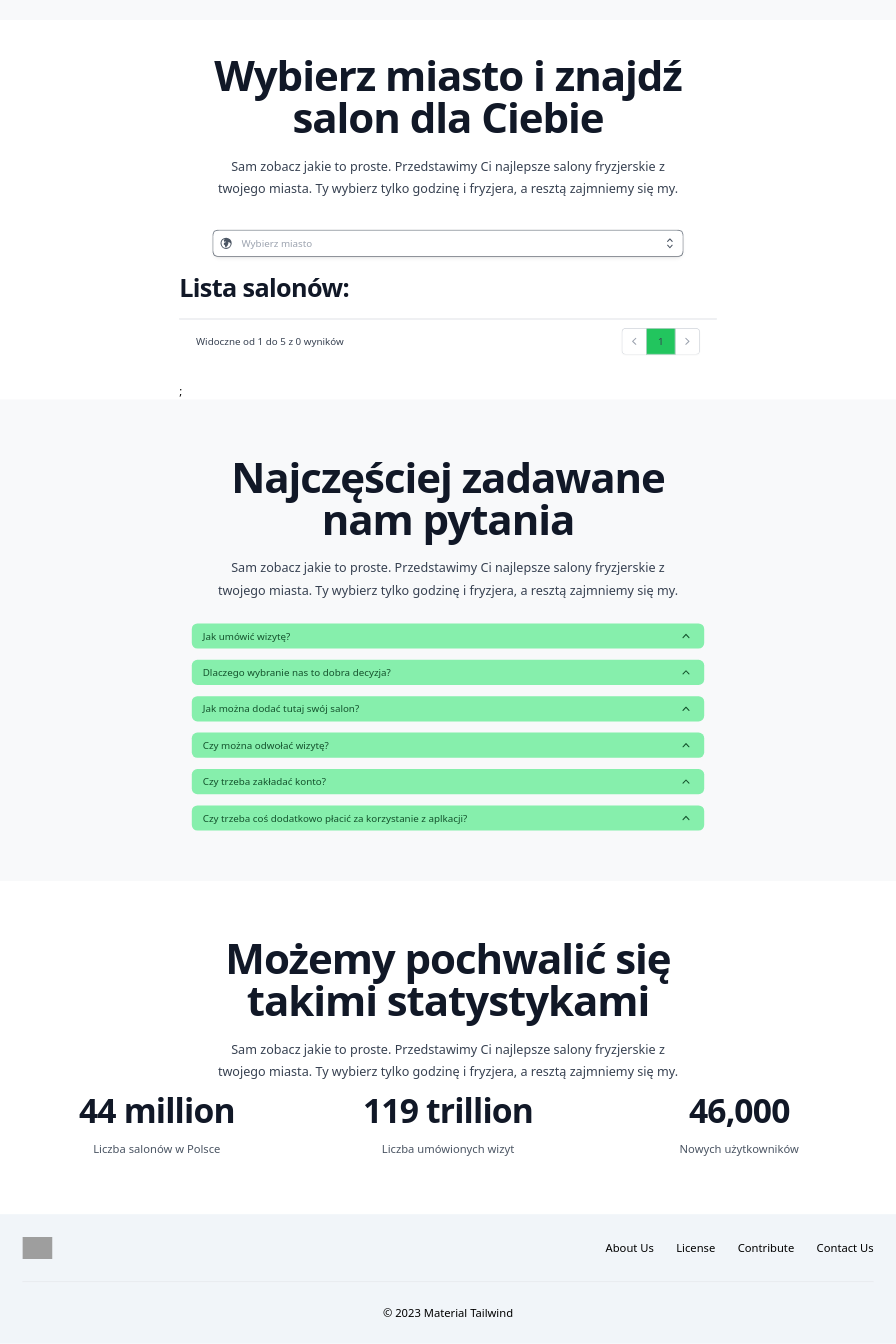
Repository: PrzemyslawJura/my-app
Page: / (app in frontend/)
These files come from the project's save history. The page is drawn as it stood at one moment and after the next save; the edit follows.
The browser window is 1280 px wide. The pictures show the part of the page from y = 801 to 2721 px (the page is 2721 px tall before and 2697 px after), at 70% of full size.
Pictures or frames that could not be fetched are drawn as grey boxes. The page's requests for data from a server got no answer. The project was rebuilt for these pictures with package versions that can differ from the ones it lists, and the page was loaded fresh each time. No one was signed in, and anything a server would have sent is missing. Also part of the build but not shown: frontend/src/home/Listbox.jsx, frontend/src/home/StepOne.jsx, frontend/src/home/StepTwo.jsx, frontend/src/home/SalonOffer.jsx, frontend/src/components/Calendar.jsx, frontend/src/components/Tabs.jsx, frontend/src/biznes/CalendarOfWork.jsx, frontend/src/components/CarouselDefault.jsx and 15 more.

Above is the page before, as saved 2023-11-21 20:00:58.

### frontend/src/index.css
@tailwind base;
html {
  scroll-behavior: smooth;
}

@tailwind components;
@tailwind utilities;

### frontend/src/core/App.jsx
import BrowserRoutes from "./BrowserRoutes"
import FooterWithLogo from "./Footer"
import NavbarBiznes from "./NavbarBiznes";
import NavbarHome from "./NavbarHome";



export default function App() {
  let navigationBar = <NavbarHome/>
  function userIsLogin(user)
  {
    if (user == true) navigationBar = <NavbarBiznes/>
    else navigationBar = <NavbarHome/>
  }
  return (
    <>
      {userIsLogin(false)}
      {navigationBar}
      <BrowserRoutes/>
      <FooterWithLogo/>
    </>
  )
}

### frontend/src/core/BrowserRoutes.jsx
import Home from "../home/Home"
import CalendarOfWork from "../biznes/CalendarOfWork"
import SalonPage from "../biznes/SalonPage"
import Workers from "../biznes/Workers"
import Services from "../biznes/Services"
import { Route, Routes } from "react-router-dom"
import NavbarBiznes from "./NavbarBiznes"

export default function BrowserRoutes() {
  return (
      <Routes>
        <Route path="/" element={<Home/>}/>
        <Route path="/stronasalonu" element={<SalonPage/>}/>
        <Route path="/pracownicy" element={<Workers/>}/>
        <Route path="/kalendarz" element={<CalendarOfWork/>}/>
        <Route path="/oferta" element={<Services/>}/>
      </Routes>
  )
}

### frontend/src/core/Footer.jsx
import { Typography } from "@material-tailwind/react";

export default function FooterWithLogo() {
  return (
    <footer id="footer" className="w-full p-8 bg-slate-100">
      <div className="flex flex-row flex-wrap items-center justify-center gap-y-6 gap-x-12 text-center md:justify-between">
      <img
        className="h-8 w-auto"
        src="https://tailwindui.com/img/logos/mark.svg?color=green&shade=600"
        alt=""
      />
        <ul className="flex flex-wrap items-center gap-y-2 gap-x-8">
          <li>
            <Typography
              as="a"
              href="#"
              color="blue-gray"
              className="font-normal transition-colors hover:text-blue-500 focus:text-blue-500"
            >
              About Us
            </Typography>
          </li>
          <li>
            <Typography
              as="a"
              href="#"
              color="blue-gray"
              className="font-normal transition-colors hover:text-blue-500 focus:text-blue-500"
            >
              License
            </Typography>
          </li>
          <li>
            <Typography
              as="a"
              href="#"
              color="blue-gray"
              className="font-normal transition-colors hover:text-blue-500 focus:text-blue-500"
            >
              Contribute
            </Typography>
          </li>
          <li>
            <Typography
              as="a"
              href="#"
              color="blue-gray"
              className="font-normal transition-colors hover:text-blue-500 focus:text-blue-500"
            >
              Contact Us
            </Typography>
          </li>
        </ul>
      </div>
      <hr className="my-8 border-blue-gray-50" />
      <Typography color="blue-gray" className="text-center font-normal">
        &copy; 2023 Material Tailwind
      </Typography>
    </footer>
  );
}

### frontend/src/core/NavbarHome.jsx
import { useState } from 'react'
import { Dialog } from '@headlessui/react'
import { Bars3Icon, XMarkIcon } from '@heroicons/react/24/outline'
import Login from '../home/Login'
import ForgetPass from '../home/ForgetPass'
import SigninChose from '../home/SigninChose'
import SigninPerson from '../home/SigninPerson'
import SigninBiznes from '../home/Signinbiznes'


const navigation = [
    { name: 'Strona główna', href: '#' },
    { name: 'Nasze salony', href: '#salons' },
    { name: 'Kontakt', href: '#footer' }
  ]

export default function NavbarHome() {
    const [mobileMenuOpen, setMobileMenuOpen] = useState(false)
    const [isShown, setIsShown] = useState(0);

    return (
<header className="absolute inset-x-0 top-0 z-50">
<nav className="flex items-center justify-between p-6 lg:px-8" aria-label="Global">
  <div className="flex lg:flex-1">
    <a href="#" className="-m-1.5 p-1.5">
      <span className="sr-only">Logo</span>
      <img
        className="h-8 w-auto"
        src="https://tailwindui.com/img/logos/mark.svg?color=green&shade=600"
        alt=""
      />
    </a>
  </div>
  <div className="flex lg:hidden">
    <button
      type="button"
      className="-m-2.5 inline-flex items-center justify-center rounded-md p-2.5 text-white"
      onClick={() => setMobileMenuOpen(true)}
    >
      <span className="sr-only">Otwórz pasek menu</span>
      <Bars3Icon className="h-6 w-6" aria-hidden="true" />
    </button>
  </div>
  <div className="hidden lg:flex lg:gap-x-12">
    {navigation.map((item) => (
      <a key={item.name} href={item.href} className="text-sm font-bold leading-6 text-white">
        {item.name}
      </a>
    ))}
  </div>
  <div onClick={() => setIsShown(1)} className="hidden lg:flex lg:flex-1 lg:justify-end">
    <a className="cursor-pointer text-sm font-bold leading-6 text-white">
      Logowanie / Rejestracja <span aria-hidden="true">&rarr;</span>
    </a>
  </div>
</nav>
<Dialog as="div" className="lg:hidden" open={mobileMenuOpen} onClose={setMobileMenuOpen}>
  <div className="fixed inset-0 z-50" />
  <Dialog.Panel className="fixed inset-y-0 right-0 z-50 w-full overflow-y-auto bg-white px-6 py-6 sm:max-w-sm sm:ring-1 sm:ring-gray-900/10">
    <div className="flex items-center justify-between">
      <a href="#" className="-m-1.5 p-1.5">
        <span className="sr-only">Logo</span>
        <img
          className="h-8 w-auto"
          src="https://tailwindui.com/img/logos/mark.svg?color=indigo&shade=600"
          alt=""
        />
      </a>
      <button
        type="button"
        className="-m-2.5 rounded-md p-2.5 text-gray-700"
        onClick={() => setMobileMenuOpen(false)}
      >
        <span className="sr-only">Zamknij menu</span>
        <XMarkIcon className="h-6 w-6" aria-hidden="true" />
      </button>
    </div>
    <div className="mt-6 flow-root">
      <div className="-my-6 divide-y divide-gray-500/10">
        <div className="space-y-2 py-6">
          {navigation.map((item) => (
            <a
              key={item.name}
              href={item.href}
              className="-mx-3 block rounded-lg px-3 py-2 text-base font-semibold leading-7 text-gray-900 hover:bg-gray-50"
            >
              {item.name}
            </a>
          ))}
        </div>
        <div className="py-6">
          <a
            className="-mx-3 block rounded-lg px-3 py-2.5 text-base font-semibold leading-7 text-gray-900 hover:bg-gray-50"
          >
            Logowanie / Rejestracja
          </a>
        </div>
      </div>
    </div>
  </Dialog.Panel>
</Dialog>


{isShown == 1 && <Login setIsShown={setIsShown} />}
{isShown == 2 && <ForgetPass setIsShown={setIsShown} />}
{isShown == 3 && <SigninChose setIsShown={setIsShown} />}
{isShown == 4 && <SigninPerson setIsShown={setIsShown} />}
{isShown == 5 && <SigninBiznes setIsShown={setIsShown} />}

</header>
    )}

### frontend/src/home/Home.jsx
import Location from '../components/Location'
import Feature from './Feature'
import ListOfSalons from './ListOfSalons'
import Faq from './Faq'
import Stats from './Stats'
import MainButton from '../shared_np_buttony_inputy_kalendarze_itp/MainButton'
import TitleAndParagraph from '../shared_np_buttony_inputy_kalendarze_itp/TitleAndParagraph'
import { useState } from 'react'

const mainTitle = 'Łączymy salony fryzjerskie z całej polski';
const mainParagraph = 'Sam zobacz jakie to proste. Przedstawimy Ci najlepsze salony fryzjerskie z twojego miasta. Ty wybierz tylko godzinę i fryzjera, a resztą zajmniemy się my.';
const searchTitle = 'Wybierz miasto i znajdź salon dla Ciebie';
const searchParagraph = 'Sam zobacz jakie to proste. Przedstawimy Ci najlepsze salony fryzjerskie z twojego miasta. Ty wybierz tylko godzinę i fryzjera, a resztą zajmniemy się my.';


export default function Home() {
  const [search, setSearch] = useState("");
  return (
    <>
      <div className='min-h-screen bg-bgGray'>
        <div className="relative isolate bg-main-image bg-cover">
          <div className="mx-auto max-w-2xl pt-20 lg:pt-32 pb-12 text-center">
            <TitleAndParagraph title = {mainTitle} paragraph={mainParagraph} h1Color="text-white" pColor="text-slate-50"/>
            <div className="mt-10 flex items-center justify-center gap-x-6">
              <Location setSearch={setSearch} search={search}></Location>
              <a href="#salons">
                <MainButton text="Szukaj"/>
              </a>
            </div>
          </div>
        </div>
        <Feature></Feature>
      </div>

      <div id="salons" className="mx-auto max-w-2xl pt-10 lg:pt-12 pb-4 text-center">
        <TitleAndParagraph title = {searchTitle} paragraph={searchParagraph} h1Color="text-gray-900" pColor="text-gray-700"/>
        <div className="mt-10 flex items-center justify-center gap-x-6">
          <Location setSearch={setSearch}  search={search}></Location>
          {/*<MainButton text="Szukaj"/>*/}
        </div>
      </div>

      <div className='w:4/5 lg:w-3/5 m-auto'>
        <ListOfSalons search={search}/>
      </div>

      <Faq></Faq>
      <Stats></Stats>
    </>
  )
}

### frontend/src/home/Feature.jsx
import stepone from '../assets/stepone.jpg'
import steptwo from '../assets/steptwo.jpg'
import stepthree from '../assets/stepthree.jpg'

const features = [


  {
    name: 'Rejestracja',
    description:
      'Rejestracja będzie zajmowała chwilę i robisz to tylko raz',
    icon: stepone,
  },
  {
    name: 'Rezerwacja',
    description:
      'Wybierasz salon, datę i godzinę',
    icon: steptwo,
  },
  {
    name: 'Wizyta',
    description:
      'Przychodzisz na podaną godzinę',
    icon: stepthree,
  },
]

export default function Feature() {
  return (
    <div className="py-8 lg:py-16">
      <div className="mx-auto max-w-7xl px-6 lg:px-8">
        <div className="mx-auto max-w-xl lg:text-center">
          <h2 className="text-base font-semibold leading-7 text-green-600">Szybciej, łatwiej i bliżej</h2>
          <p className="mt-2 text-3xl font-bold tracking-tight text-gray-900 sm:text-4xl">
            Sprawdź sam, jakie to proste
          </p>
        </div>
        <div className="mx-auto mt-10 max-w-2xl lg:max-w-4xl">
          <dl className="grid max-w-2xl grid-cols-1 gap-x-8 gap-y-10 lg:max-w-none lg:grid-cols-3 lg:gap-y-16">
            {features.map((feature) => (
              <div key={feature.name} className="relative pl-16">
                <dt className="text-base font-semibold leading-7 text-gray-900">
                  <div className="absolute left-0 top-0 flex h-10 w-10 items-center justify-center  ">
                      <img className='rounded-lg h-10 w-10' src={feature.icon}></img>
                  </div>
                  {feature.name}
                </dt>
                <dd className="mt-2 text-base leading-7 text-gray-600">{feature.description}</dd>
              </div>
            ))}
          </dl>
        </div>
      </div>
    </div>
  )
}

### frontend/src/home/ListOfSalons.jsx
import Pagination from './Pagination';
import SalonOffer from './SalonOffer';
import { useEffect, useState } from 'react';



  export default function ListOfSalons({search}) {
    const [result, setResolut] = useState(()=> {return 0});
    const [salons, setSalons] = useState([]);
    const [page, setPage] = useState(1);
    useEffect(() => {
      if (search == "")
      {
        setResolut(salons.length)
      }
      else
      {
        console.log(search)
        setResolut((salons.filter(item=>item.address.city.cityName.includes(search.cityName)).length))
      }

      console.log(result)
    })
    const searchCity = ()=>
    {
        if (search == "")
        {
          console.log(salons.filter(item=>item.address.city.cityName.includes("")));
          return salons.filter(item=>item.address.city.cityName.includes(""))
        }
        console.log("page"+page);
        return salons.filter(item=>item.address.city.cityName.includes(search.cityName));
    }

    useEffect(() => {
      fetch('https://localhost:7230/Salons')
        .then((res) => res.json())
        .then((result) => {
          setSalons(result);
          console.log(result)
        });
    }, [])

    return (
      <>
        <div className="flex items-baseline justify-between border-b border-gray-200 pb-6">
          <h1 className="text-4xl font-bold tracking-tight text-gray-900 mt-2">Lista salonów:</h1>
            <div className="flex items-center">
             {/* <Dropdown title="Sortuj" options={sortOptions}/>*/}
            </div>
        </div>
        <ul role="list" className="divide-y divide-gray-100">
          {searchCity(salons).slice(5*page-5,5*page).map((person) => (
            <li key={person.id} className="flex justify-between gap-x-6 py-5">
              <SalonOffer person={person} />
            </li>
          ))}
        </ul>
        <Pagination result={result} setPage={setPage} page={page}></Pagination>
        {console.log("page"+page)};
      </>
    )
  }

### frontend/src/home/Faq.jsx
import { Disclosure } from '@headlessui/react'
import { ChevronUpIcon } from '@heroicons/react/20/solid'

const questions = [
    {
        question: "Jak umówić wizytę?",
        answer: "To takie proste",
    },
    {
        question: "Dlaczego wybranie nas to dobra decyzja?",
        answer: "To takie prost",
    },
    {
        question: "Jak można dodać tutaj swój salon?",
        answer: "To takie prost",
    },
    {
        question: "Czy można odwołać wizytę?",
        answer: "To takie prost",
    },
    {
        question: "Czy trzeba zakładać konto?",
        answer: "To takie prost",
    },
    {
        question: "Czy trzeba coś dodatkowo płacić za korzystanie z aplkacji?",
        answer: "To takie prost",
    },
]

export default function Faq() {
  return (
    <div className="w-full px-4 pt-6 pb-12 bg-bgGray">
      <div className="mx-auto w-3/5 rounded-2xl p-2">

      <div className="mx-auto max-w-2xl pt-10 lg:pt-12 pb-4">
          <div className="text-center">
            <h1 className="text-4xl font-bold tracking-tight text-gray-900 sm:text-6xl">
              Najczęściej zadawane nam pytania
            </h1>
            <p className="mt-6 text-lg leading-8 text-gray-700">
              Sam zobacz jakie to proste. Przedstawimy Ci najlepsze salony fryzjerskie z twojego miasta.
              Ty wybierz tylko godzinę i fryzjera, a resztą zajmniemy się my.
            </p>
            </div>
        </div>


        {questions.map((q) =>(
            <Disclosure>
            {({ open }) => (
                <>
                <Disclosure.Button className="my-4 flex w-full justify-between rounded-lg bg-green-300 px-4 py-2 text-left text-sm font-medium text-green-900 hover:bg-green-400 focus:outline-none focus-visible:ring focus-visible:ring-green-500 focus-visible:ring-opacity-75">
                    <span>{q.question}</span>
                    <ChevronUpIcon
                    className={`${
                        open ? 'rotate-180 transform' : ''
                    } h-5 w-5 text-grren-500`}
                    />
                </Disclosure.Button>
                <Disclosure.Panel className="px-4 pt-4 pb-2 text-sm text-gray-600">
                    {q.answer}
                </Disclosure.Panel>
                </>
            )}
            </Disclosure>
        ))}
      </div>
    </div>
  )
}

### frontend/src/home/Stats.jsx
const stats = [


    { id: 1, name: 'Liczba salonów w Polsce', value: '44 million' },
    { id: 2, name: 'Liczba umówionych wizyt', value: '119 trillion' },
    { id: 3, name: 'Nowych użytkowników', value: '46,000' },
  ]

  export default function Stats() {
    return (
      <div className="bg-white py-20">

        <div className="mx-auto max-w-2xl pb-4">
          <div className="text-center">
            <h1 className="text-4xl font-bold tracking-tight text-gray-900 sm:text-6xl">
              Możemy pochwalić się takimi statystykami
            </h1>
            <p className="mt-6 text-lg leading-8 text-gray-700">
              Sam zobacz jakie to proste. Przedstawimy Ci najlepsze salony fryzjerskie z twojego miasta.
              Ty wybierz tylko godzinę i fryzjera, a resztą zajmniemy się my.
            </p>
            </div>
        </div>

        <div className="mx-auto max-w-7xl px-6 lg:px-8">
          <dl className="grid grid-cols-1 gap-x-8 gap-y-16 text-center lg:grid-cols-3">
            {stats.map((stat) => (
              <div key={stat.id} className="mx-auto flex max-w-xs flex-col gap-y-4">
                <dt className="text-base leading-7 text-gray-600">{stat.name}</dt>
                <dd className="order-first text-3xl font-semibold tracking-tight text-gray-900 sm:text-5xl">
                  {stat.value}
                </dd>
              </div>
            ))}
          </dl>
        </div>
      </div>
    )
  }

### frontend/src/shared_np_buttony_inputy_kalendarze_itp/MainButton.jsx
export default function MainButton({text}) {
    return (
        <button
        type="submit"
        className="w-20 sm:w-32 flex-none rounded-md bg-green-600 px-3.5 py-2.5 text-sm font-semibold max-h-10 my-auto
                   text-white shadow-sm hover:bg-green-400 focus-visible:outline focus-visible:outline-2
                   focus-visible:outline-offset-2 focus-visible:outline-indigo-500"
        >
        {text}
        </button>
    )}

### frontend/src/shared_np_buttony_inputy_kalendarze_itp/TitleAndParagraph.jsx
export default function TitleAndParagraph({title, paragraph, h1Color, pColor}) {
    return (
        <>
            <h1 className={"text-4xl font-bold tracking-tight sm:text-6xl " + h1Color}>
                {title}
            </h1>
            <p className={"mt-6 text-lg leading-8 " + pColor}>
                {paragraph}
            </p>
        </>
    )}

### frontend/src/home/Pagination.jsx
import { ChevronLeftIcon, ChevronRightIcon } from '@heroicons/react/20/solid'
import PaginationTile from '../shared_np_buttony_inputy_kalendarze_itp/PaginationTile'
import { useState } from 'react'

export default function Pagination({result, setPage, page}) {
  const [ count, setCount ] =useState([])
  function paginationCount(result)
  {
    result=(result+5)/5
    for (let x = 1; x <= result; x++)
    {
      count.push(x)
      console.log(x)
    }
  }

  function paginationCountRemover(result)
  {
    result=(result+5)/5
    for (let x = 1; x <= result; x++)
    {
      count.pop(x)
    }
  }

  return (
    <div className="flex items-center justify-between border-t border-gray-200 bg-white px-4 pt-3 pb-10 sm:px-6">
      {paginationCount(result)}
      <div className="flex flex-1 justify-between sm:hidden">
        <PaginationTile title="Poprzednie" rounded="rounded-md"/>
        <PaginationTile title="Następny" rounded="rounded-md"/>
      </div>
      <div className="hidden sm:flex sm:flex-1 sm:items-center sm:justify-between">
        <div>
          <p className="text-sm text-gray-700">
            Widoczne od <span className="font-medium">1</span> do <span className="font-medium">5</span> z{' '}
            <span className="font-medium">{result}</span> wyników
          </p>
        </div>
        <nav className=" inline-flex -space-x-px rounded-md shadow-sm" aria-label="Pagination">
            <a
              onClick={page > 1 ? () => setPage((prev)=>prev-1) : () => setPage(1)}
              className="inline-flex items-center rounded-l-md px-2 py-2 text-gray-400 ring-1 ring-inset ring-gray-300 hover:bg-gray-100 focus:z-20 focus:outline-offset-0"
            >
              <span className="sr-only">Poprzedni</span>
              <ChevronLeftIcon className="h-5 w-5" aria-hidden="true" />
            </a>
            {count.map((item) =>(
              <PaginationTile title={item} rounded="" setPage={setPage} page={page}/>
            ))}

            <a
              onClick={page < count.length ? () => setPage((prev)=>prev+1) : console.log()}
              className="inline-flex items-center rounded-r-md px-2 py-2 text-gray-400 ring-1 ring-inset ring-gray-300 hover:bg-gray-100 focus:z-20 focus:outline-offset-0"
            >
              <span className="sr-only">Następna</span>
              <ChevronRightIcon className="h-5 w-5" aria-hidden="true" />
            </a>
          </nav>
      </div>
      {paginationCountRemover(result)}
    </div>
  )
}

### frontend/src/shared_np_buttony_inputy_kalendarze_itp/PaginationTile.jsx
import { useEffect, useState } from 'react'

export default function PaginationTile({title, rounded, setPage, page}) {
    return (
      <>
          <a
            onClick={() => setPage(title)}
            className={"cursor-pointer inline-flex items-center border border-gray-300 px-4 py-2 text-sm font-medium text-gray-700 hover:bg-gray-100 "
             + rounded + `${page === title ? " bg-green-500" : ""}`}
          >
            {title}
          </a>
      </>
    )}

Loaded but not shown: frontend/public/index.html (common file); frontend/src/reportWebVitals.js (common file); frontend/src/index.js (20 lines, source omitted); frontend/tailwind.config.js (19 lines, source omitted); frontend/src/components/Location.jsx (102 lines, source omitted)

After the next save:
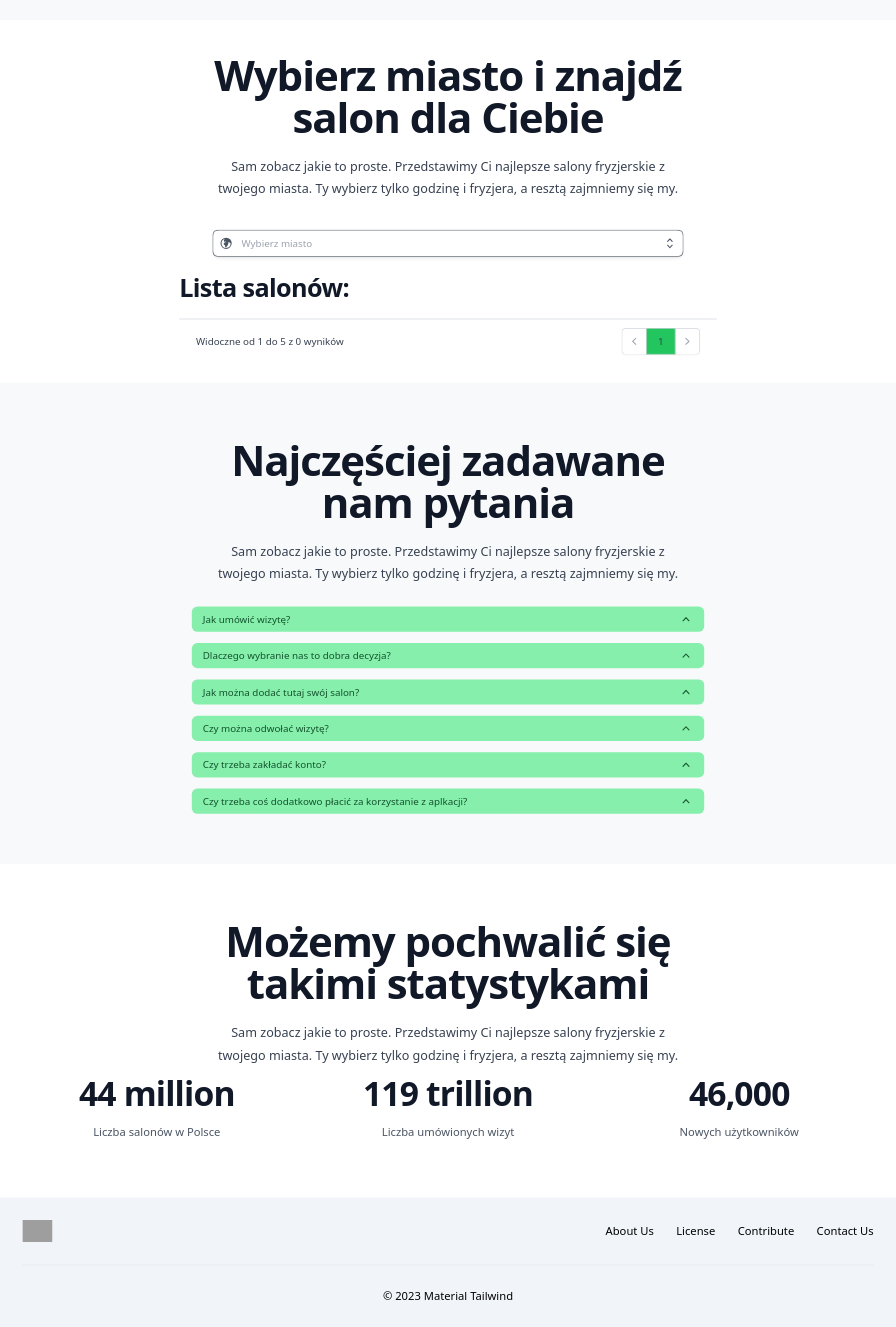
Saved 4 min 44 s later.
--- a/frontend/src/home/ListOfSalons.jsx
+++ b/frontend/src/home/ListOfSalons.jsx
@@ -57,7 +57,7 @@ import { useEffect, useState } from 'react';
           ))}
         </ul>
         <Pagination result={result} setPage={setPage} page={page}></Pagination>
-        {console.log("page"+page)};
+        {console.log("page"+page)}
       </>
     )
   }
